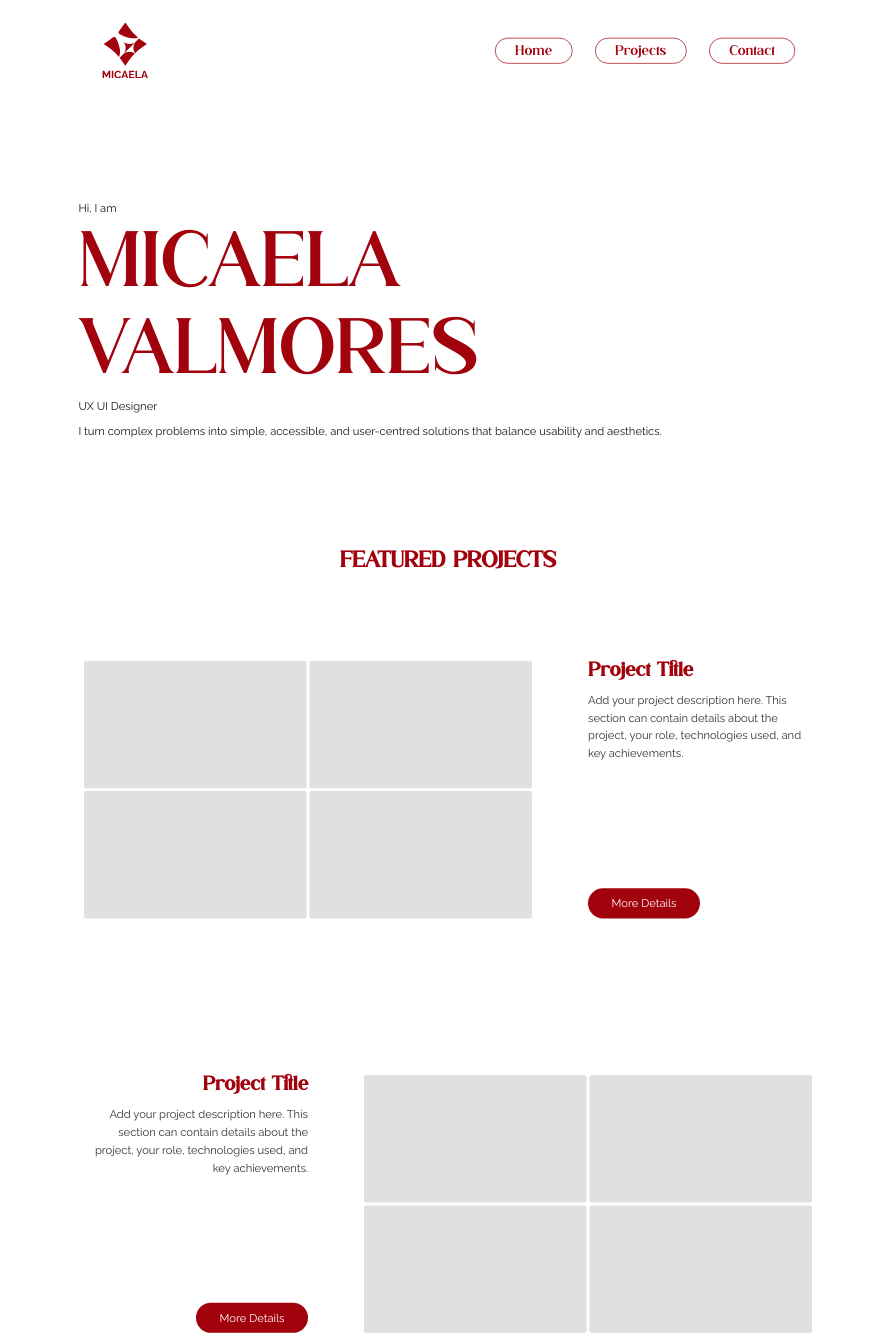
Repository: Micaelavalmores/Micaela-Portfolio
Page: /
These files come from the project's save history. The page is drawn as it stood at one moment and after the next save; the edit follows.
The browser window is 1280 px wide. The pictures show the part of the page from y = 0 to 1920 px (the page is 2720 px tall before and 2896 px after), at 70% of full size.
The project was rebuilt for these pictures with package versions that can differ from the ones it lists, and the page was loaded fresh each time. The framework's server and built-in components were replaced by stand-ins that run in the browser. Also part of the build but not shown: next.config.mjs.

Above is the page before, as saved 2026-01-27 13:38:30.

After the next save:
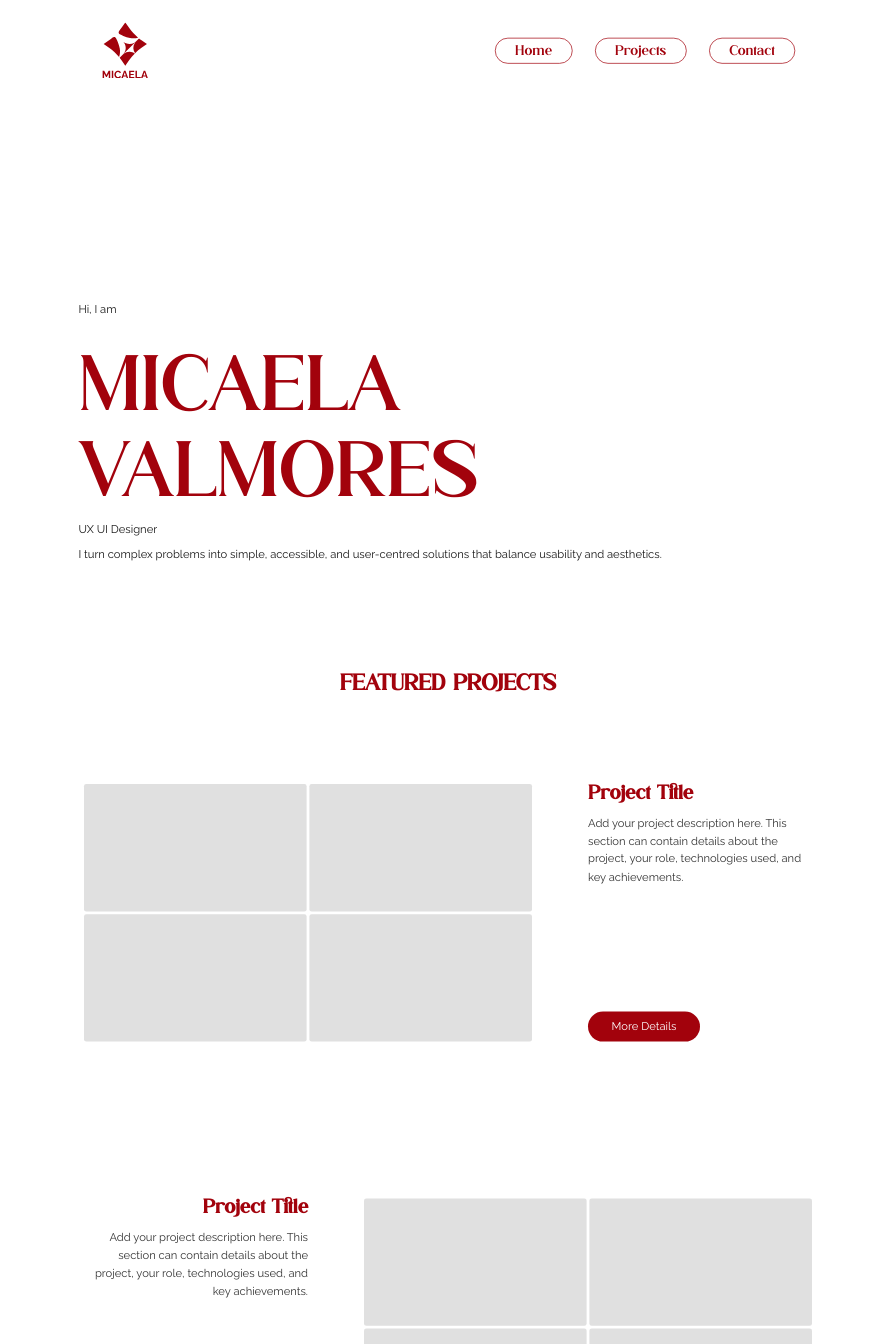
Saved 13 s later.
--- a/app/home-page/page.js
+++ b/app/home-page/page.js
@@ -10,7 +10,7 @@
         </nav>
       <Navbar />
       <div className={styles['intro-sec']}>
-        <span className='intro-greet'>Hi, I am</span>
+        <span className={styles['intro-sec']}>Hi, I am</span>
         <h1>MICAELA</h1>
         <h1>VALMORES</h1>
         <span className='intro-occu'>UX UI Designer</span>

After the save that followed:
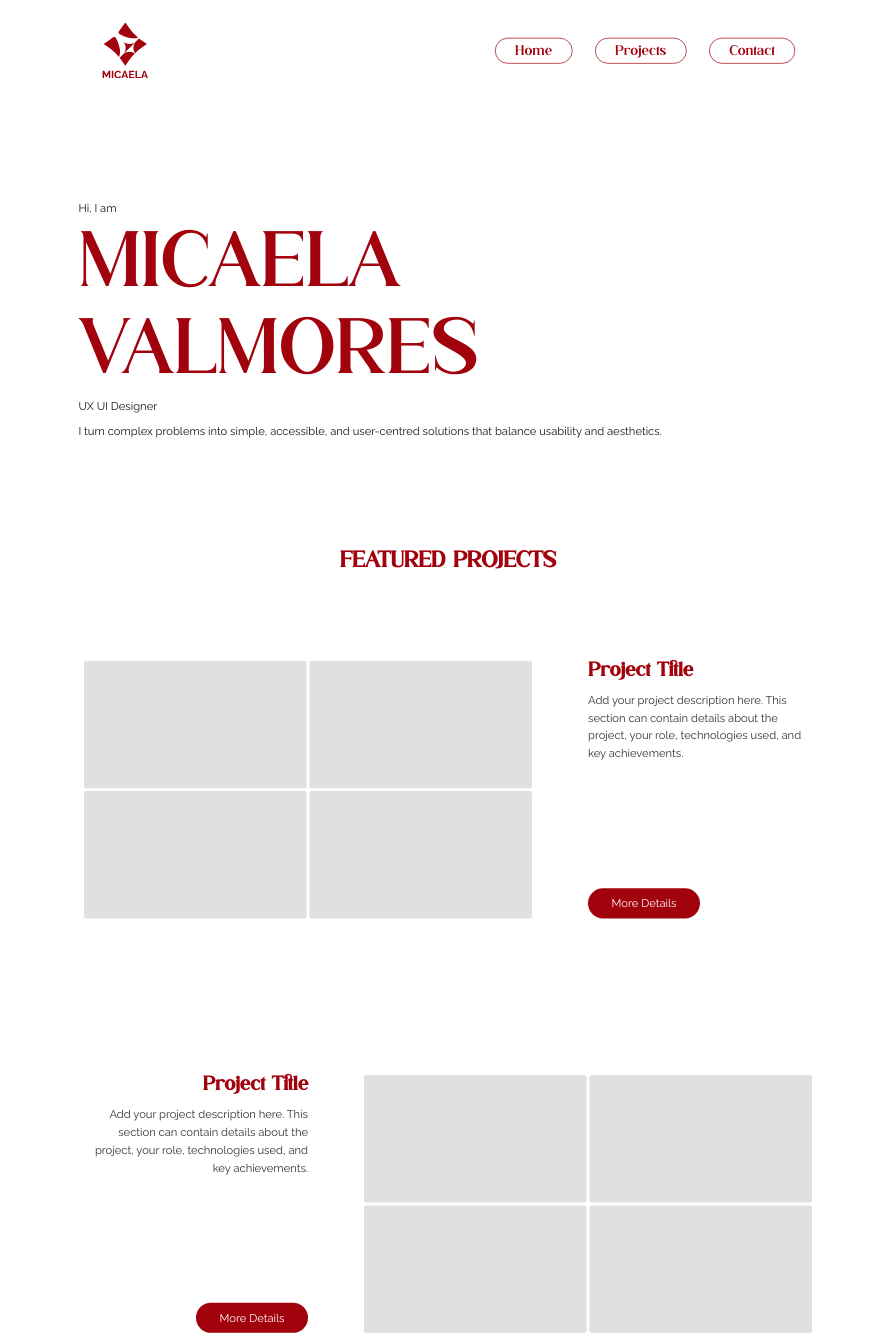
Saved 5 s later.
--- a/app/home-page/page.js
+++ b/app/home-page/page.js
@@ -10,7 +10,7 @@
         </nav>
       <Navbar />
       <div className={styles['intro-sec']}>
-        <span className={styles['intro-sec']}>Hi, I am</span>
+        <span className={styles['intro-greet']}>Hi, I am</span>
         <h1>MICAELA</h1>
         <h1>VALMORES</h1>
         <span className='intro-occu'>UX UI Designer</span>
